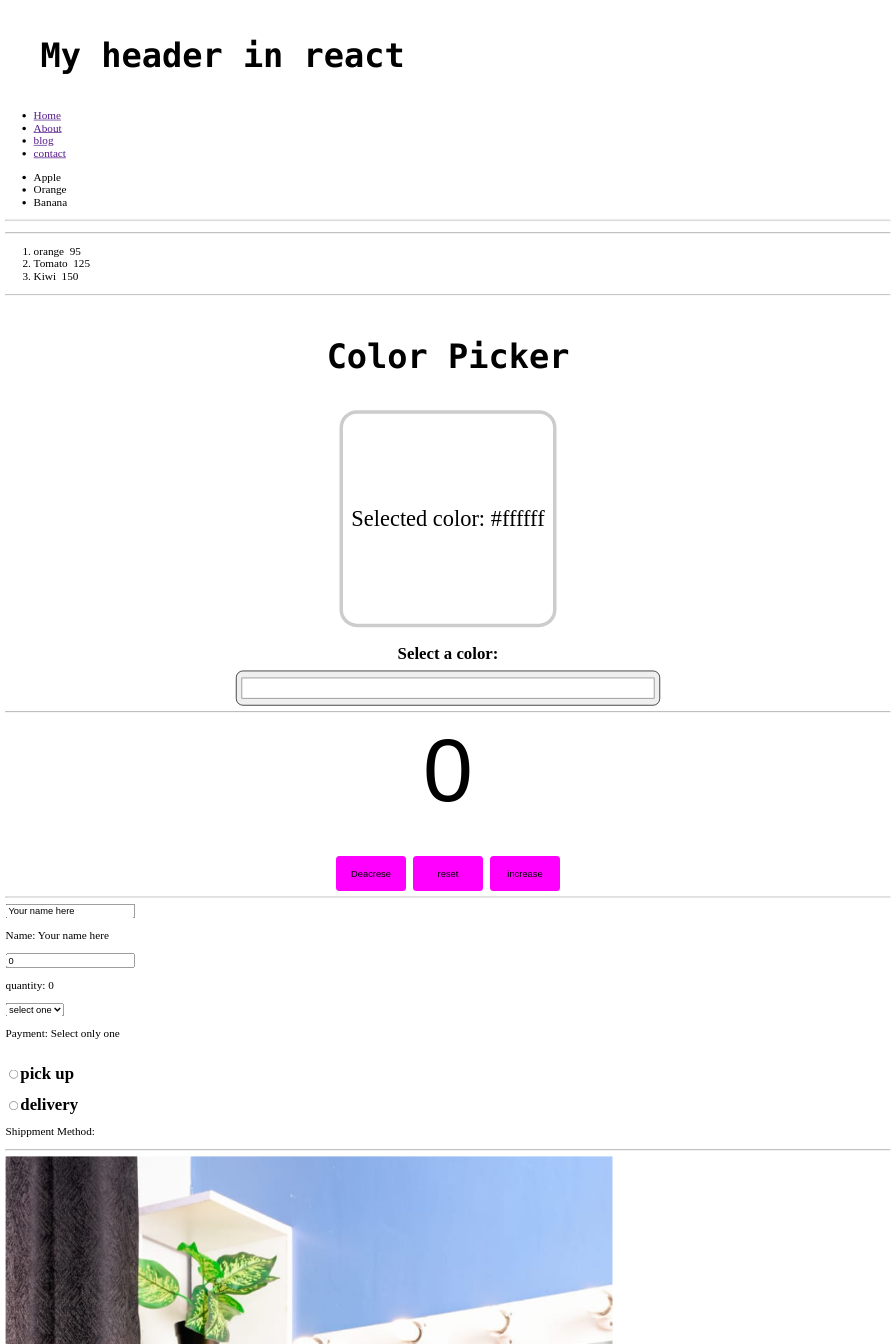
Repository: profbkmurage/reactLearning
Page: /
These files come from the project's save history. The page is drawn as it stood at one moment and after the next save; the edit follows.
The browser window is 1280 px wide. The pictures show the part of the page from y = 0 to 1920 px (the page is 4826 px tall before and 4860 px after), at 70% of full size.
The project was rebuilt for these pictures with package versions that can differ from the ones it lists, and the page was loaded fresh each time. Also part of the build but not shown: vite.config.js.

Above is the page before, as saved 2025-01-28 14:47:18.

### src/index.css
 .card{
  border: 1px solid hsl(0, 0%, 80%);
  border-radius: 10px;
  box-shadow: 5px 5px 5px hsl(0, 0, 0.1)                                5;
  padding: 20px;
  margin: 10px;
  text-align: center;
  max-width: 250px;
  display: inline-block;
}

.card .cardImage{
  border-radius: 50%;
  max-width: 70%;
  height: auto;
  margin-bottom: 8px;
}

.card .cardTitle{
  font-family: Arial, Helvetica, sans-serif;
  margin: 0;
  color: hsl(0, 0, 20%);
}

.card .cardText{
  font-family: Arial, Helvetica, sans-serif;
  color: hsl(0, 0, 30%);
}

.welcome-message{
  font-size: 2.5em;
  background-color: rgb(4, 74, 4);
  color: white;
  padding: 10px;
  border-radius: 5px;
  margin: 0;
}

.login-prompt{
  font-size: 2.5em;
  background-color: rgb(219, 14, 14);
  color: white;
  padding: 10px;
  border-radius: 5px;
  margin: 0;
}

.list-cartegory{
  font-size: 2.5em;
  font-weight:bold ;
  color: hsl(0, 0%, 100%);
  margin-bottom: 10px;
  text-align: center;
  border: 3px solid ;
  background-color: green;
  border-radius: 6px;
}


.list-item,.list-item{
  font-size: 2em;
  list-style: none;
  color: black;
  text-align: center;
  margin: 0;
}

.list-item li:hover{
  background-color: rgb(2, 73, 6);
  color: white;
}

.counter-div{
  text-align: center;
  font-family: Arial, Helvetica, sans-serif;
}

.count-display{
  font-size: 8em;
  margin-top: 0;
  margin-bottom: 50px;
}

.bttn{
   width: 100px;
   height: 50px;
   font-size: 1.2 em;
   margin: 0 5px;
   background-color: magenta;
   color: black;
   border: none;
   border-radius: 5px;
   cursor: pointer;
   display: inline-block;
   overflow: hidden;
}

.color-picker-container{
  display: flex;
  flex-direction: column;
  align-items: center;
}

h1{
  margin: 50px;
  font-size: 3rem;
  font-family: consolas;
}

.color-display{
  width: 300px;
  height: 300px;
  display: flex;
  justify-content: center;
  align-items: center;
  border: 5px solid hsl(0, 0%, 80%);
  border-radius: 25px;
  margin-bottom: 25px;
  transition: 0.25s ease;
}

.color-display p{
  color: hsl(0, 0, 20%);
  font-size: 2rem;
  text-align: center;
}

label{
  font-size: 1.5rem;
  font-weight: bold;
  margin-bottom: 10px;
}

input[type= "color"]{
  width: 48%;
  height: 50px;
  padding: 5px;
  border-radius: 10px;
  border: 3px solid hsl(0, 0, 80%);
}

### src/App.jsx
import Header from "./header";
import Footer from "./footer";
import Food from "./Food";
import Card from "./Card";
import Person from "./reactProps";
import profilePic from './assets/bk.jpg';
import UserGreeting from "./usergreeting";
import List from "./List";
import ReusableList from "./ReusableList";
import Button from "./Button";
import PicHide from "./PicHide";
import MyComponent from "./MyComponent.jsx"
import Counter from "./Counter.jsx";
import ChangeHandler from "./OnchangeFile.jsx";
import ColorPicker from "./ColorPicker.jsx";
import UpdaterFunction from "./UpdaterFunctions.jsx";
function App() {

    const fruits = [{ id:1 ,name: 'Banana', carlories: 50 },
                    { id: 2,name: 'orange', carlories: 95 },
                    { id: 3,name: 'Tomato', carlories: 125 },
                    { id: 4,name: 'Kiwi', carlories: 150 }
                    // the id willl help to give the key value which is necessary for react to keep track of the data in the list
    ];

    const vegetables = [{ id:5 ,name: 'Cabbage', carlories: 50 },
                    { id: 6,name: 'Kales', carlories: 95 },
                    { id: 7,name: 'Apple', carlories: 125 },
                    { id: 8,name: 'Brocolli', carlories: 150 }
                    // the id willl help to give the key value which is necessary for react to keep track of the data in the list
    ];

    const cars = [
    ];

  return (
    // since the retun statement here can only return one component, we tie all components in a fragment
    <>
      <Header></Header> {/* //can also be written as <Header/> */}

      <Food />
      <hr />
      <UpdaterFunction/>
      <hr />

      <List/> {/*this pulls from one componet that is not reusable*/}
      <hr />
      <ColorPicker/>
      <hr />
      <Counter/>
      <hr />
      <ChangeHandler/>
      <hr />
      <PicHide/>
      <hr />
     <MyComponent/>
      <hr />
      <Button/>
      <hr />
      <hr />
      <ReusableList items={fruits} cartegory ='Fruits'/> {/*this pulls from one componet that is reusable*/}
      <ReusableList items={vegetables} cartegory ='Vegetables '/> {/*this pulls from one componet that is reusable*/}
      {cars.length > 0 && <ReusableList items={cars} cartegory='Cars ' />} {/*this will render the car list conditionally such that when the list is empty then it will not appear on the frontend*/}
      <hr />

      <UserGreeting isLoggedIn= {true} userName= 'Prof'/>
      <hr />

      <Card/>
      <Card/>
      <hr />

      <Person name='Ben' imgsrc={profilePic} isStudent={false} description='lorem ihhdfcuyhyghfvvayhgjkjeijijeij' age={45} />
      <Person/>
      <hr />

      <Footer/>
    </>
  )
}
// card
export default App

### src/header.jsx

function Header() {
    // react components are only able to return one elememt only but you can tie children in the elements
    return (
        <header>
            <h1>My header in react</h1>
            <nav>
                <ul>
                    <li><a href="">Home</a></li>
                    <li><a href="">About</a></li>
                    <li><a href="">blog</a></li>
                    <li><a href="">contact</a></li>
                </ul>
            </nav>
        </header>
    )
}

export default Header;

### src/footer.jsx
function Footer() {
    return (
        <footer>
            <p>&copy;{new Date().getFullYear()} all rights reseved</p>
        </footer>
    )
}

export default Footer

### src/Food.jsx
function Food() {
    const food1 = 'Orange';
    const food2 = 'Banana';

    return (
        <ul>
            <li>Apple</li>
            <li>{food1}</li>
            <li>{food2}</li>
        </ul>
    )
}

export default Food

### src/Card.jsx
import profilePic from "./assets/bk.jpg"

function Card() {
    return (
        <div className="card">
            <img className="cardImage" src={profilePic} alt="" />
            <h2 className="cardTitle">Brian Murage</h2>
            <p className="cardText">I am a student currently taking a bachelors degree in education science</p>
        </div>
    );
}

export default Card

### src/reactProps.jsx
// you have to import proptypes so as to use and create the property types
import propTypes from "prop-types";
import defaultPic from "./assets/bk.jpg"

function Person(props) {
    return (
         <div className="card">
            <img className="cardImage" src={props.imgsrc} alt="a pic here" />
            <h2 className="cardTitle">{props.name}</h2>
            <p className="cardText">{props.description}</p>
            <p className="cardText">{props.age}</p>
            <p className="cardText">{props.isStudent ? 'yes' : 'no'} </p>
        </div>
    )
}

Person.propTypes = {
    name: propTypes.string,
    age: propTypes.number,
    description: propTypes.string,
    imgsrc: propTypes.string,
    isStudent: propTypes.bool
}
// props can have default values such that when not defined, these will take effect
Person.defaultProps = {
     name: 'no defined name',
    age: 'age not defined',
    description: 'no defined value here',
    imgsrc: defaultPic,
    isStudent: false
}

export default Person

### src/usergreeting.jsx
import propTypes from"prop-types"

function UserGreeting(props) {
    // if (props.isLoggedIn) {
    //     return (
    //         <h2>Welcome {props.userName}</h2>
    //     )
    // }this can be replced by a tenary operation
    const logInMessage = <h2 className="login-prompt">please login to continue</h2>;
    const loggedInMessage = <h2 className="welcome-message">welcome {props.userName}</h2>;

    return(props.isLoggedIn ? loggedInMessage : logInMessage)

}

UserGreeting.propTypes = {
    userName: propTypes.string,
    isLoggedIn: propTypes.bool
}

export default UserGreeting;

### src/List.jsx


function List() {
    const fruits = [{ id:1 ,name: 'Banana', carlories: 50 },
                    { id: 2,name: 'orange', carlories: 95 },
                    { id: 3,name: 'Tomato', carlories: 125 },
                    { id: 4,name: 'Kiwi', carlories: 150 }
                    // the id willl help to give the key value which is necessary for react to keep track of the data in the list
    ];
    // we can sort the list before we display it
    //fruits.sort((a, b) => a.name.localeCompare(b.name));  //this is using alphabetical
    // fruits.sort((a, b) => b.name.localeCompare(a.name));  //this is using reverse alphabetical

    // sorting by numerical values
    // fruits.sort((a,b) => b.carlories - a.carlories)

    // sorting by a specific criterion eg. get all that are greater than 94
    const lowCarlories = fruits.filter(fruit => fruit.carlories > 94);

    const listItems = lowCarlories.map(lowCarlorie => <li key={lowCarlorie.id}>
                                            {lowCarlorie.name} &nbsp;
                                            {lowCarlorie.carlories}
                                            </li>);
    return (
        <ol>{listItems}</ol>
    )
}

export default List

### src/ReusableList.jsx
import propTypes from 'prop-types';

function ReusableList(props) {
    const cartegory = props.cartegory;
    const itemList = props.items;

    const listItems = itemList.map(item => <li key={item.id}>
                                    {item.name}: &nbsp;
                                    <b>{item.calories}</b>
                                </li> );
    return (<>
        <h3 className='list-cartegory'>{cartegory}</h3>
        <ol className='list-item'>{listItems}</ol>
    </>)
}

ReusableList.propTypes = {
    cartegory : propTypes.string,
    items: propTypes.arrayOf(propTypes.shape({
        id: propTypes.number,
        name: propTypes.string,
        calories: propTypes.number
    }))
}

ReusableList.defaultProps = {
    cartegory: 'Cartegory',
    items: []
}

export default ReusableList;

### src/Button.jsx
function Button() {
    // const handleClick = () => alert('Hi there');

    let count = 0;
    const handleClickParams = (name) => {
        if (count < 3) {
            count++;
            alert(`${name} you clicked me ${count} times!`);
        } else {
            alert(name + ' stop clicking me now!')
        }

    }
    return (
        <>
        {/* <button onClick ={handleClick}>click me now 😂😂</button> */}
            <button onClick={()=>handleClickParams('Brian')}>click me now 😂😂</button>
            </>
    )
}

export default Button

### src/PicHide.jsx
function PicHide() {
    const imgURL = './src/assets/bk.jpg';

    const handleClick = (e) => e.target.style.display = 'none';

    return (
        <img onClick={(e)=> handleClick(e)} src={imgURL} alt="" ></img>
    )
}

export default PicHide

### src/MyComponent.jsx
import {useState} from "react";

function MyComponent() {
    const [name, setName] = useState('Guest');
    const [age, setAge] = useState(0);
    const [isEmployed, setIsEmployed] = useState(false);

    const updateName = () => {
        setName('Oswad Coberpolt')
    }

    const incrementAge = () => {
        setAge(age + 1);
    }

    const toogleEmployedStatus = () => {
        setIsEmployed(!isEmployed);
    }

    return (
        <div>
            <p>Name: {name}</p>
            <button onClick={updateName}>Set Name</button>

            <p>Age: {age}</p>
            <button onClick={incrementAge}>Set age</button>

            <p>Is Employed: {isEmployed?'Yes': 'No'}</p>
            <button onClick={toogleEmployedStatus}>Toogle employment status</button>
        </div>
    )
}

export default MyComponent;

### src/Counter.jsx
import  { useState } from "react";

function Counter() {
    let [counter, setCounter] = useState(0);

    const increment = () => {
        setCounter(counter++);
    }

    const decrement = () => {
        setCounter(counter--);
    }

    const reset = () => {
        setCounter(0);
    }

    return (
        <div className="counter-div">
            <p className="count-display">{counter}</p>
            <button onClick={decrement} className="bttn counter-decrease">Deacrese</button>
            <button onClick={reset} className="bttn reset">reset</button>
            <button onClick={increment} className="bttn increase">increase</button>
        </div>
    )

}

export default Counter

### src/OnchangeFile.jsx
import { useState } from "react";

function ChangeHandler() {
    const [name, setName] = useState('Your name here');
    const [quantity, setQuantity] = useState(0);
    const [paymentMode, setPaymentMode] = useState('Select only one');
    const [shippingMethod,setShipMethod] = useState('')

    function handleNameChange(event) {
        setName(event.target.value);
    }

    function handleQuantity(event) {
        setQuantity(event.target.value);
    }

    function handlePaymentMode() {
        setPaymentMode(event.target.value);
    }

    function handleShipment(event) {
        setShipMethod(event.target.value);
    }

    return (
        <div>
            <input type="text" value={name} onChange={handleNameChange} />
            <p>Name: {name}</p>

            <input type="number" value={quantity} onChange={handleQuantity } />
            <p>quantity: {quantity}</p>

            <select name="" id="" value={paymentMode} onChange={handlePaymentMode}>
                <option value="">select one</option>
                <option value="visa">visa</option>
                <option value="master">master</option>
                <option value="giftCard">giftCard</option>
                <option value="mpesa">mpesa</option>
            </select>
            <p>Payment: {paymentMode}</p>
            <br />
            <label >
                <input type="radio" value='pick up' checked = {shippingMethod === 'pick up'} onChange={handleShipment} />
                pick up
            </label><br />
            <br />
            <label >
                <input type="radio" value='delivery' checked = {shippingMethod === 'delivery'} onChange={handleShipment} />
                delivery
            </label><br />
            <p>Shippment Method: {shippingMethod}</p>
        </div>
    )
}

export default ChangeHandler;

### src/ColorPicker.jsx
import { useState } from "react";

function ColorPicker() {
    const [color, setColor] = useState("#ffffff");

    function handleColorChange(event) {
        setColor(event.target.value)
    }

    return (
        <div className="color-picker-container">
            <h1>Color Picker</h1>
            <div className="color-display" style={{ backgroundColor: color }}>
                <p>Selected color: {color}</p>
            </div>
            <label htmlFor="">Select a color: </label>
            <input type="color" value={color} onChange={handleColorChange} />
        </div>
    )
}

export default ColorPicker;

### src/UpdaterFunctions.jsx
import { useState } from "react";

function UpdaterFunction() {
    const [car, setCar] = useState({
        year: 2025,
        make: "Ford",
        model: "mustang"
    })

    return (
        <div>
        <p></p>
        </div>
    )
}

export default UpdaterFunction;

Loaded but not shown: index.html (common file); src/main.jsx (common file)

After the next save:
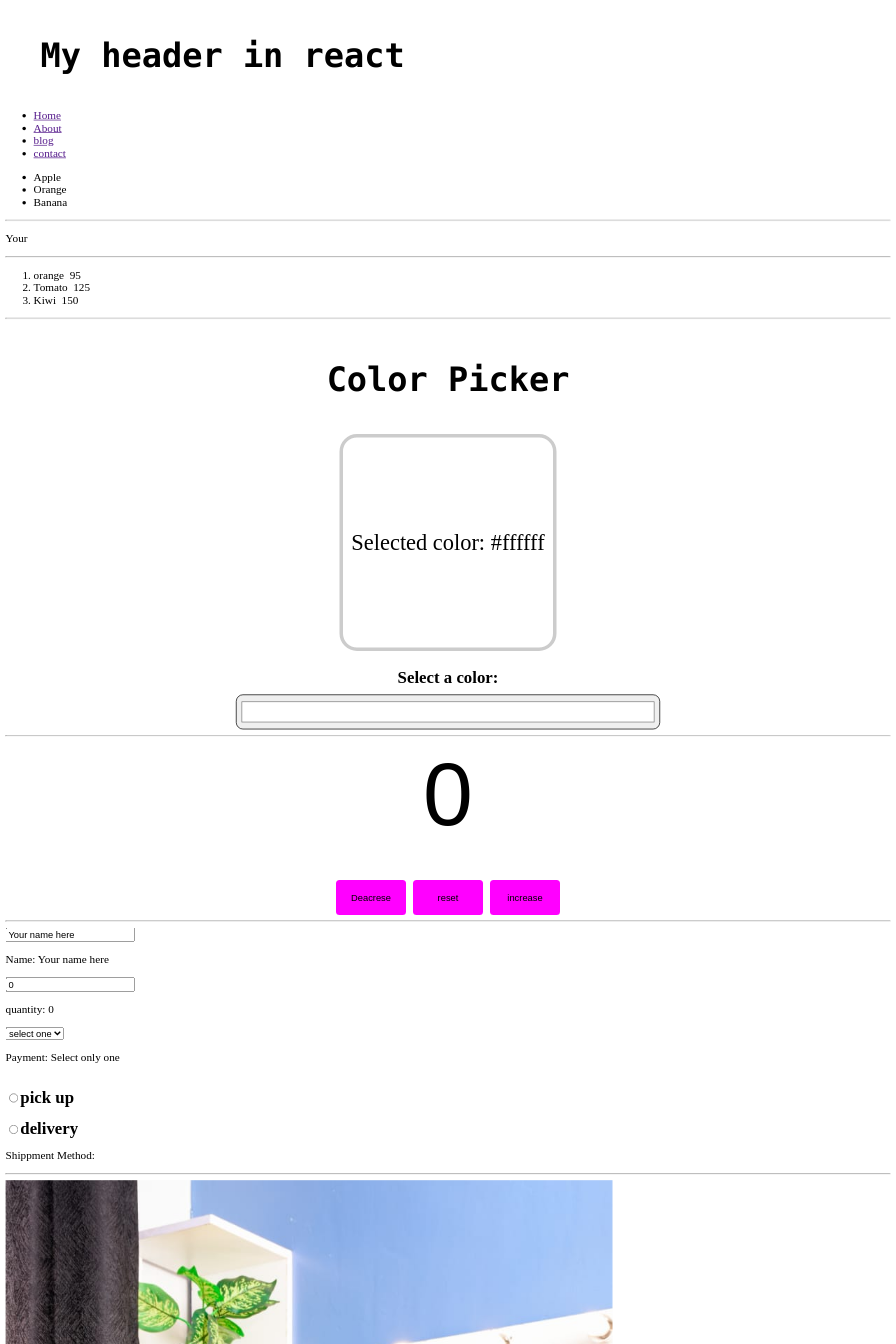
Saved 4 s later.
--- a/src/UpdaterFunctions.jsx
+++ b/src/UpdaterFunctions.jsx
@@ -9,7 +9,7 @@ function UpdaterFunction() {
 
     return (
         <div>
-        <p></p>
+        <p>Your </p>
         </div>
     )
 }
